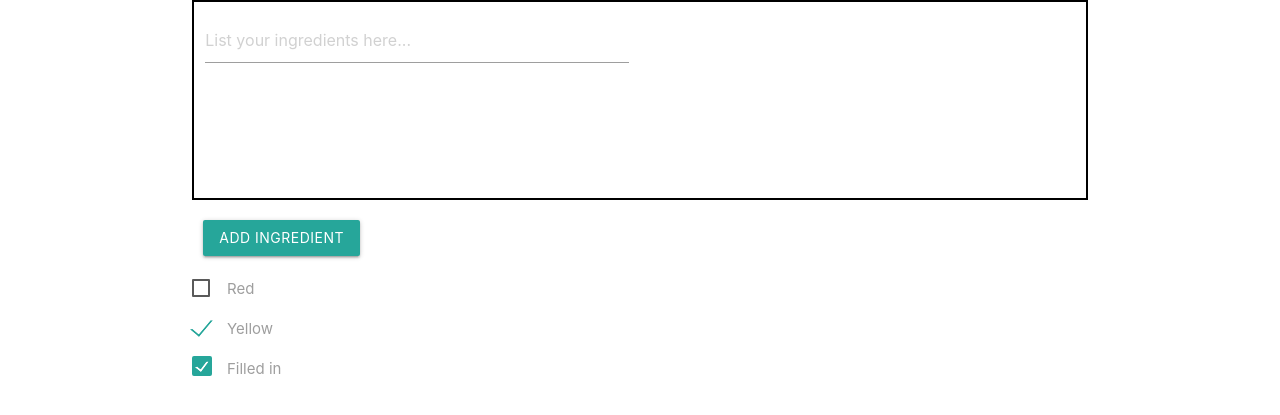
Repository: Aaron-R-Carter/Project1
Page: prototype.html
These files come from the project's save history. The page is drawn as it stood at one moment and after the next save; the edit follows.
The browser window is 1280 px wide. The pictures show the whole page.

Above is the page before, as saved 2019-10-31 22:39:49.
Console error: SyntaxError: Unexpected token '<'

After the next save:
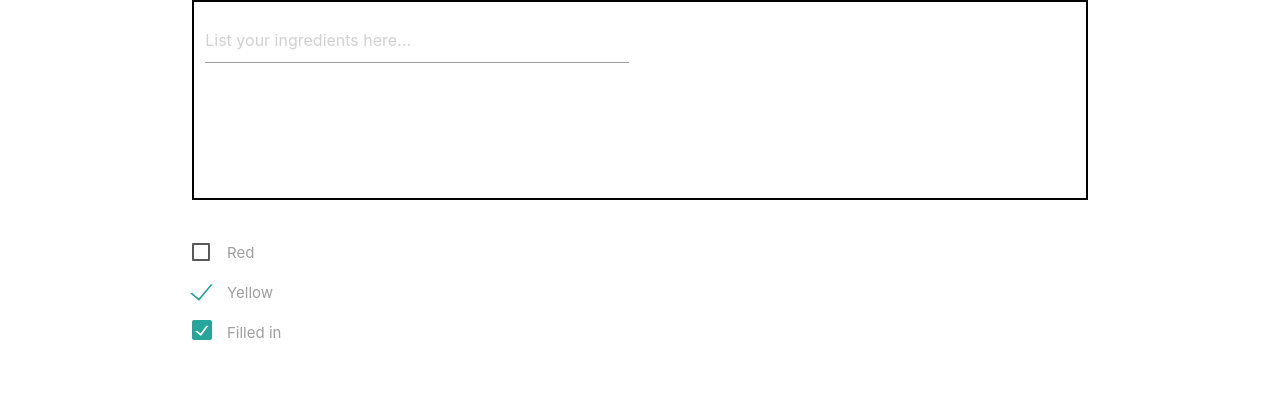
Saved 96 s later.
--- a/prototype.html
+++ b/prototype.html
@@ -26,9 +26,7 @@
             <form id="ingredient-add-btn" class="row">
 
                 <!-- Button will trigger new ingredient to be added -->
-                <div class="col s 12">
-                    <input id="add " class="btn btn-primary mb-2" type="submit" value="add ingredient">
-                </div>
+
             </form>
 
             <form action="#">

After the save that followed:
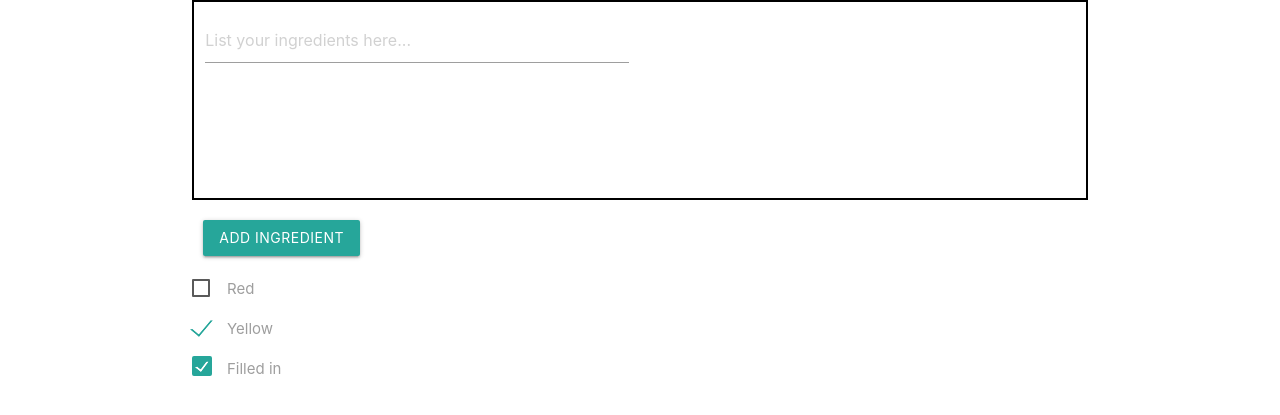
Saved 15 s later.
--- a/prototype.html
+++ b/prototype.html
@@ -26,7 +26,9 @@
             <form id="ingredient-add-btn" class="row">
 
                 <!-- Button will trigger new ingredient to be added -->
-
+                <div class="col s 12">
+                    <input id="add " class="btn btn-primary mb-2" type="submit" value="add ingredient">
+                </div>
             </form>
 
             <form action="#">
